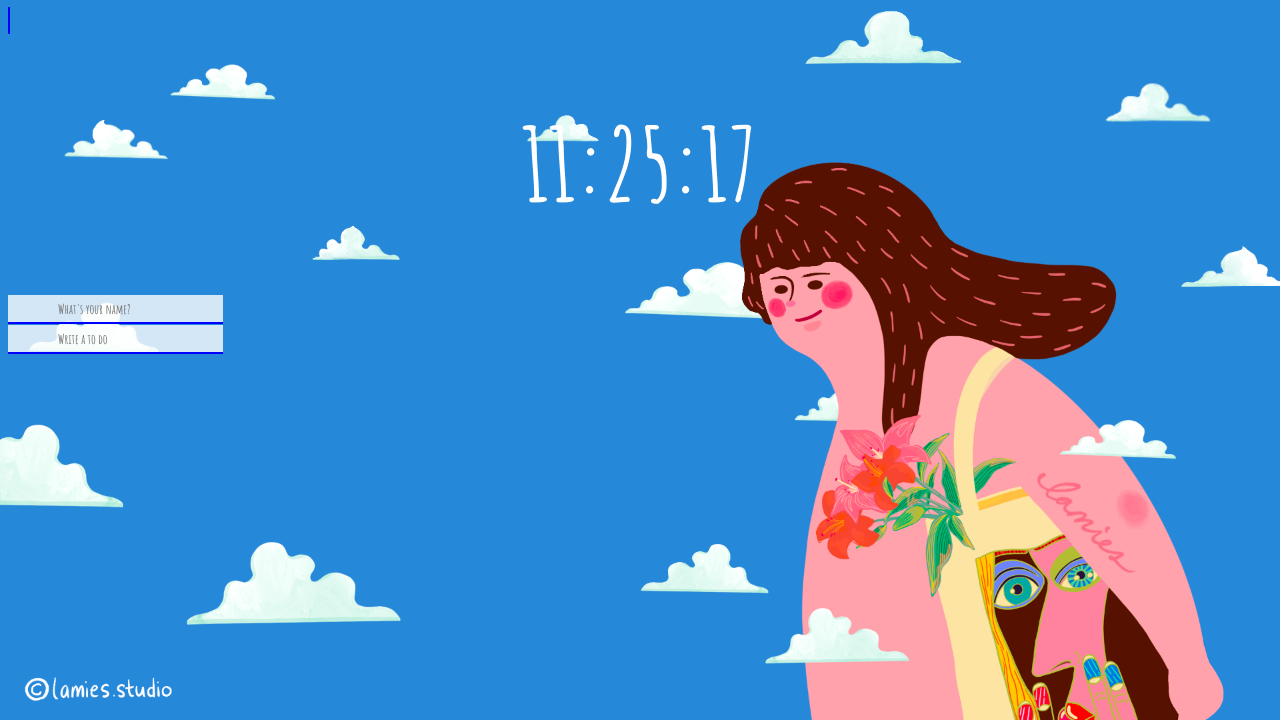
Repository: haleyjung/chrome_app
Page: index.html
An editor plug-in stored every save of this project. The page is shown before and after the next save, followed by the edit.
The browser window is 1280 px wide. The pictures show the whole page.

Above is the page before, as saved 2020-11-23 15:55:59.

### index.html
<!DOCTYPE html>
<html lang="en">
<head>
    <meta charset="UTF-8" />
    <meta name="viewport" content="width=device-width, initial-scale=1.0">
    <title>Chrome App</title>
    <link rel="stylesheet" href="index.css">
</head>
<body>

    <div>
        <span class="js-weather"></span>
    </div>

    <main>
        <div class="js-clock">
            <h1>00:00</h1>
        </div>

        <div class="js-name name"></div>

        <div>
            <form class="js-form form">
                <input type="text" placeholder="What's your name?" />
            </form>
        </div>

        <h4 class="js-greetings greetings"></h4>

        <form class="js-toDoForm">
            <input type="text" placeholder="Write a to do" />
        </form>
        <ul class="js-toDoList">
        </ul>
    </main>

    <script src="js/clock.js"></script>
    <script src="js/greeting.js"></script>
    <script src="js/todo.js"></script>
    <script src="js/bg.js"></script>
    <script src="js/weather.js"></script>
</body>

### index.css
@import url("https://fonts.googleapis.com/css2?family=Amatic+SC:wght@400;700&display=swap");

* {
  font-family: "Amatic SC", cursive;
  font-weight: 700;
}

body {
  background-color: palevioletred;
  color: white;
  /* display: flex;
  flex-direction: column;
  justify-content: center;
  align-items: center; */
  font-size: 20px;
}

.js-weather {
  border: 1px solid blue;
}

.js-clock {
  display: flex;
  justify-content: center;
  align-items: center;
  font-size: 50px;
}

.js-form,
.js-toDoForm {
  background-color: none;
}

.btn {
  cursor: pointer;
}

input {
  border: none;
  outline: none;
  border-bottom: 2px solid blue;
  background-color: rgba(255, 255, 255, 0.8);
  padding: 5px 50px;
}

.form,
.greetings {
  display: none;
}

.showing {
  display: block;
}

@keyframes fadeIn {
  from {
    opacity: 0;
  }
  to {
    opacity: 1;
  }
}

.bgImage {
  position: absolute;
  top: 0;
  left: 0;
  width: 100%;
  height: 100%;
  z-index: -1;
  animation: fadeIn 0.5s linear;
}

### js/clock.js
const clockContainer = document.querySelector(".js-clock"),
    clockTitle = clockContainer.querySelector("h1");

function getTime() {
    const date = new Date();
    const minutes = date.getMinutes();
    const hours = date.getHours();
    const seconds = date.getSeconds();
    clockTitle.innerText = `${hours < 10 ? `0${hours}` : hours}:${
        minutes < 10 ? `0${minutes}` : minutes
    }:${seconds < 10 ? `0${seconds}` : seconds}`;
}

function init() {
    getTime();
    setInterval(getTime, 1000);
}

init();

### js/greeting.js
const nameContainer = document.querySelector(".js-name");

function paintName(name) {
    nameContainer.innerHTML = "";
    const title = document.createElement("span");
    title.className = "name__text";
    title.innerHTML = `Hello ${name}`;
    nameContainer.appendChild(title);
}

function handleSubmit(event) {
    event.preventDefault();
    const form = event.target;
    const input = form.querySelector("input");
    const value = input.value;
    localStorage.setItem("username", value);
    paintName(value);
}

function paintInput() {
    const input = document.createElement("input");
  input.placeholder = "What's your name?";
  input.type = "text";
  input.className = "name__input";
  const form = document.createElement("form");
  form.addEventListener("submit", handleSubmit);
  form.appendChild(input);
  nameContainer.appendChild(form);
}

function loadName(){
    const name = localStorage.getItem("username");
  if (name === null) {
    paintInput();
  } else {
    paintName(name);
  }
}

function init() {
    loadName();
}

init();

### js/todo.js
const toDoForm = document.querySelector(".js-toDoForm"),
    toDoInput = toDoForm.querySelector("input"),
    toDoList = document.querySelector(".js-toDoList");

const TODOS_LS = 'toDos';

let toDos = [];

function deleteToDo(event){
    const btn = event.target;
    const li = btn.parentNode;
    toDoList.removeChild(li);
    const cleanToDos = toDos.filter(function(toDo){
        return toDo.id !== parseInt(li.id);
    });
    toDos = cleanToDos
    saveToDos();
}

function saveToDos(){
    localStorage.setItem(TODOS_LS, JSON.stringify(toDos));
}

function paintToDo(text){
    const li = document.createElement("li");
    const delBtn = document.createElement("button");
    const span = document.createElement("span");
    const newId = toDos.length + 1;
    delBtn.innerText = "❌";
    delBtn.addEventListener("click", deleteToDo);
    span.innerText = text;
    li.appendChild(delBtn);
    li.appendChild(span);
    li.id = newId;
    toDoList.appendChild(li);
    const toDoObj = {
        text: text,
        id: newId
    };
    toDos.push(toDoObj);
    saveToDos();
}

function handleSubmit(event){
    event.preventDefault();
    const currentValue = toDoInput.value;
    paintToDo(currentValue);
    toDoInput.value = "";
}

function loadToDos() {
    const loadedToDos = localStorage.getItem(TODOS_LS);
    if(loadedToDos !== null){
        const parsedToDos = JSON.parse(loadedToDos);
        parsedToDos.forEach(function(toDo){
            paintToDo(toDo.text);
        });
    }
}

function init() {
    loadToDos();
    toDoForm.addEventListener("submit", handleSubmit)
}

init();

### js/bg.js
const body = document.querySelector("body");

const IMG_NUMBER = 4;

// If loading images from API, include the functions in these comments:
// function handleImgLoad(){
//     console.log('finished loading');
// }

function paintImage(imgNumber){
    const image = new Image();
    image.src = `/img/lamiesstudio-${imgNumber + 1}.png`;
    image.classList.add('bgImage');
    body.prepend(image);
    // image.addEventListener("loadend", handleImgLoad);
}

function genRandom(){
    const number = Math.floor(Math.random() * IMG_NUMBER);
    return number;
}

function init(){
    const randomNumber = genRandom();
    paintImage(randomNumber)
}

init();

### js/weather.js
const weather = document.querySelector(".js-weather");

const API_KEY = "1706261ffc689a5d0ffe73f0d2f8a925";
const COORDS = "coords";

function getWeather(lat, lng){
    fetch(`https://api.openweathermap.org/data/2.5/weather?lat=${lat}&lon=${lng}&appid=${API_KEY}&units=metric`
    ).then(function(response){
        return response.json();
    })
        .then(function(json){
        const temperature = json.main.temp;
        const place = json.name;
        weather.innerText = `${temperature} @ ${place}`;
    });
}

function saveCoords(coordsObj){
    localStorage.setItem(COORDS, JSON.stringify(coordsObj));
}

function handleGeoSuccess(position){
    const latitude = position.coords.latitude;
    const longitude = position.coords.longitude;
    const coordsObj = {
        latitude,
        longitude
    };
    saveCoords(coordsObj);
    getWeather(latitude, longitude);
}

function handleGeoError(){
    console.log('Cant access geo location');
}

function askForCoords(){
    navigator.geolocation.getCurrentPosition(handleGeoSuccess, handleGeoError);
}

function loadCoords(){
    const loadedCoords = localStorage.getItem(COORDS);
    if(loadedCoords === null){
        askForCoords();
    } else {
        const parsedCoords = JSON.parse(loadedCoords);
        getWeather(parsedCoords.latitude, parsedCoords.longitude);
    }
}

function init(){
    loadCoords();
}

init();

After the next save:
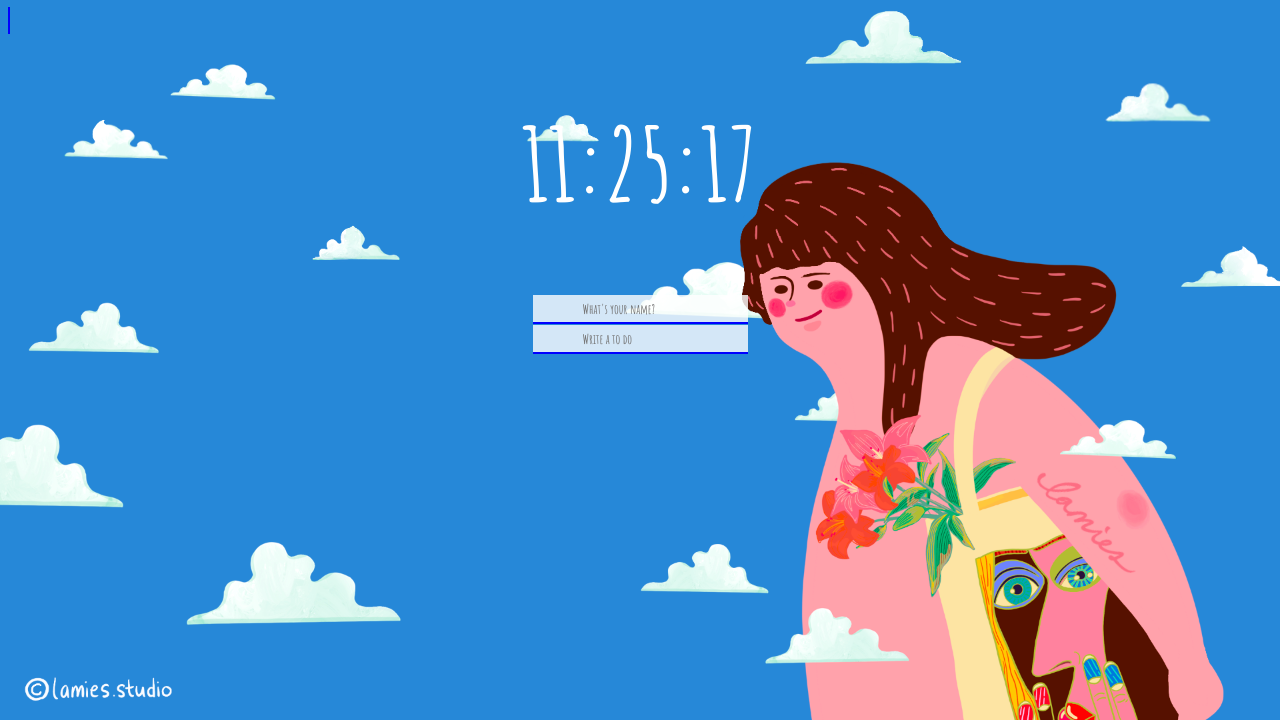
Saved 11 s later.
--- a/index.css
+++ b/index.css
@@ -13,6 +13,13 @@ body {
   justify-content: center;
   align-items: center; */
   font-size: 20px;
+}
+
+main {
+  display: flex;
+  flex-direction: column;
+  justify-content: center;
+  align-items: center;
 }
 
 .js-weather {
